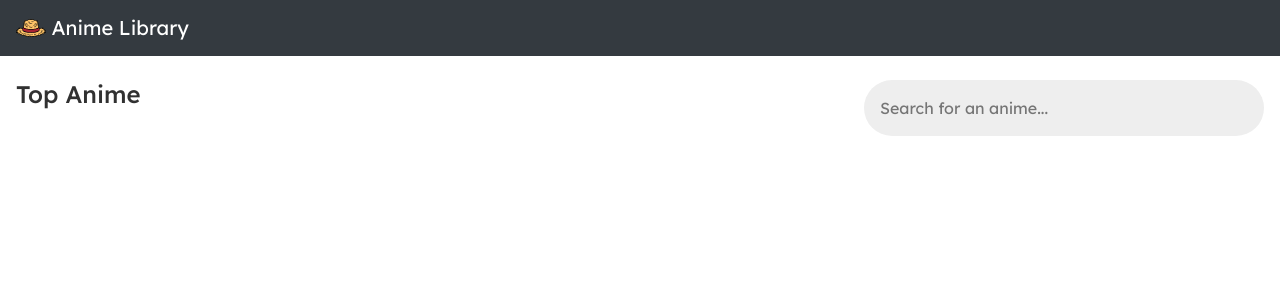
Repository: cuitlazotlac/anime-library
Page: /
These files come from the project's save history. The page is drawn as it stood at one moment and after the next save; the edit follows.
The browser window is 1280 px wide. The pictures show the whole page.
The page's requests for data from a server got no answer. The project was rebuilt for these pictures with package versions that can differ from the ones it lists, and the page was loaded fresh each time. No one was signed in, and anything a server would have sent is missing. Also part of the build but not shown: src/components/AnimeCard.js.

Above is the page before, as saved 2021-05-04 23:59:30.

### public/index.html
<!DOCTYPE html>
<html lang="en">
  <head>
    <meta charset="utf-8" />
    <link rel="icon" href="%PUBLIC_URL%/favicon.svg" />
    <meta name="viewport" content="width=device-width, initial-scale=1" />
    <meta name="theme-color" content="#000000" />
    <meta
      name="description"
      content="Web site created using create-react-app"
    />
    <link rel="apple-touch-icon" href="%PUBLIC_URL%/logo192.png" />
    <!--
      manifest.json provides metadata used when your web app is installed on a
      user's mobile device or desktop. See https://developers.google.com/web/fundamentals/web-app-manifest/
    -->
    <link rel="manifest" href="%PUBLIC_URL%/manifest.json" />
    <!--
      Notice the use of %PUBLIC_URL% in the tags above.
      It will be replaced with the URL of the `public` folder during the build.
      Only files inside the `public` folder can be referenced from the HTML.

      Unlike "/favicon.ico" or "favicon.ico", "%PUBLIC_URL%/favicon.ico" will
      work correctly both with client-side routing and a non-root public URL.
      Learn how to configure a non-root public URL by running `npm run build`.
    -->
    <title>Anime Library</title>
  </head>
  <body>
    <noscript>You need to enable JavaScript to run this app.</noscript>
    <div id="root"></div>
    <!--
      This HTML file is a template.
      If you open it directly in the browser, you will see an empty page.

      You can add webfonts, meta tags, or analytics to this file.
      The build step will place the bundled scripts into the <body> tag.

      To begin the development, run `npm start` or `yarn start`.
      To create a production bundle, use `npm run build` or `yarn build`.
    -->
  </body>
</html>

### src/index.js
import React from 'react';
import ReactDOM from 'react-dom';
import './index.scss';
import App from './App';
import 'bootstrap/dist/css/bootstrap.min.css';


ReactDOM.render(
  <React.StrictMode>
    <App />
  </React.StrictMode>,
  document.getElementById('root')
);

### src/index.scss
@import "~bootstrap/scss/bootstrap";
@import url('https://fonts.googleapis.com/css2?family=Lexend:wght@100;300;400;500;600;700;800&display=swap');


@import "./assets/styles/base/main";

@import "./assets/styles/components/animeCard";
@import "./assets/styles/components/header";

* {
	margin: 0;
	padding: 0;
	box-sizing: border-box;

	font-family: 'Lexend', sans-serif;
}

### src/App.js
import { useState, useEffect, useLayoutEffect } from 'react';
import Header from './components/Header'
import Sidebar from './components/Sidebar'
import MainContent from './components/MainContent'


function App() {
  const [animeList, SetAnimeList] = useState([]);
  const [topAnime, SetTopAnime ] = useState([]);
  const [search, SetSearch ] = useState("");

  const GetTopAnime = async () => {
    const temp = await fetch(`https://api.jikan.moe/v3/top/anime/1/bypopularity`)
			.then(res => res.json());

      // only get the top 5 anime
      SetTopAnime(temp.top.slice(0, 5));
  }

  const HandleSearch = e => {
    e.preventDefault();

    FetchAnime(search);
  }

  const FetchAnime = async (query) => {
    const temp = await fetch(`https://api.jikan.moe/v3/search/anime?q=${query}&order_by=title&sort=asc&limit=10`)
    .then(res => res.json());

    SetAnimeList(temp.results);
  }

    useEffect(() => {
      GetTopAnime();
    }, [])

  return (
    <div className="App">
       <Header />
      <br/>
       <div className="content-wrap">
         <Sidebar topAnime={topAnime}/>
         <MainContent
          HandleSearch={HandleSearch}
          search={search}
          animeList={animeList}
          SetSearch={SetSearch}
        />
       </div>

    </div>
  );
}

export default App;

### src/assets/styles/base/_main.scss
.content-wrap {
	display: flex;

	aside {
		flex: 1 1 250px;
		max-width: 250px;
		padding-right: 16px;

		nav {
			padding-left: 16px;
			padding-right: 16px;

			h3 {
				color: #313131;
				font-size: 24px;
				margin-bottom: 16px;
			}

			a {
				display: block;
				padding: 8px 16px;
				text-align: left;

				color: #888;
				font-size: 16px;
				margin-bottom: 16px;

				background-color: #EEE;
				border-radius: 999px;
				text-decoration: none;

				transition: 0.4s;

				&:hover {
					background-color: #313131;
					color: #AAA;
				}
			}
		}
	}

	main {
		flex: 1 1 0%;
		padding: 0px 16px;

		.main-head {
			display: flex;
			justify-content: flex-end;

			.search-box {
				display: flex;
				justify-content: flex-end;
				flex: 1 1 0%;

				input {
					appearance: none;
					background: none;
					outline: none;
					border: none;

					display: block;
					width: 100%;
					max-width: 400px;
					padding: 16px;
					border-radius: 999px;
					background-color: #EEE;

					transition: 0.4s;

					::placeholder {
						color: #888;
					}

					&:focus, &:valid {
						background-color: #313131;
						color: #FFF;
					}
				}
			}
		}
	}
}

### src/assets/styles/components/_animeCard.scss
.anime-list {
    display: flex;
    flex-wrap: wrap;
    margin-top: 32px;
    margin: 32px -8px 0px;

    .anime-card {
        flex: 1 1 33.333%;
        max-width: 33.333%;
        padding: 16px 8px;

        a {
            text-decoration: none;
        }

        figure {
            display: block;
            margin-bottom: 16px;

            img {
                display: block;
                width: 100%;
                height: 350px;
                object-fit: cover;
                border-radius: 16px;
                box-shadow: 0px 0px 0px rgba(0, 0, 0, 0.15);

                transition: 0.4s;
            }
        }

        h3 {
            color: #313131;
        }

        &:hover {
            figure {
                img {
                    box-shadow: 0px 6px 12px rgba(0, 0, 0, 0.25);
                    transform: scale(1.05);
                }
            }
        }
    }
}

### src/assets/styles/components/_header.scss
header {
	padding-top: 50px;
	padding-bottom: 50px;

	h1 {
		color: #AAA;
		font-size: 36px;
		font-weight: 400;
		text-align: center;

		strong {
			color: #313131;
		}
	}
}

### src/components/Header.js
import Navbar from "react-bootstrap/Navbar";
import logo from "../assets/images/logo.svg";

function Header() {
  return (
    <>
      <Navbar bg="dark" variant="dark">
        <Navbar.Brand href="#home">
          <img
            alt=""
            src={logo}
            width="30"
            height="30"
            className="d-inline-block align-top"
          />{" "}
          Anime Library
        </Navbar.Brand>
      </Navbar>
    </>
  );
}

export default Header;

### src/components/Sidebar.js
import React from "react";

function Sidebar({ topAnime }) {
  return (
    <aside>
      <nav>
        <h3>Top Anime</h3>
        {topAnime.map((anime) => (
          <a
            href={anime.url}
            target="_blank"
            key={anime.mal_id}
            rel="noreferrer">
            { anime.title }
          </a>
        ))}
      </nav>
    </aside>
  );
}

export default Sidebar;

### src/components/MainContent.js
import React from 'react'
import AnimeCard from './AnimeCard'


export default function MainContent(props) {
    return (
        <main>
            <div className="main-head">
                <form
                    className="search-box"
                    onSubmit={props.HandleSearch}>
                    <input
                        type="search"
                        placeholder="Search for an anime..."
                        required
                        value={props.search}
                        onChange={e => props.SetSearch(e.target.value)}
                    />
                </form>
            </div>
            <div className="anime-list">
                {props.animeList.map(anime => (
                        <AnimeCard
                            anime={anime}
                            key={anime.mal_id}
                        />

                ))}
            </div>
        </main>
    )
}

After the next save:
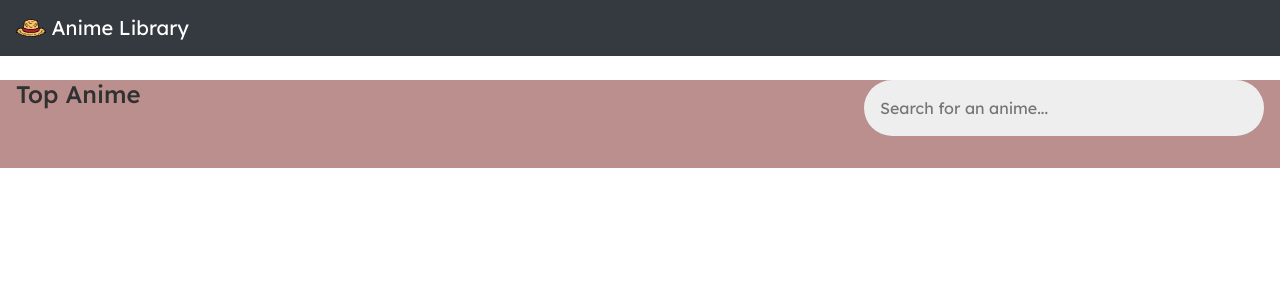
Saved 8 min 43 s later.
--- a/src/assets/styles/base/_main.scss
+++ b/src/assets/styles/base/_main.scss
@@ -1,5 +1,6 @@
 .content-wrap {
 	display: flex;
+    background-color: rosybrown;
 
 	aside {
 		flex: 1 1 250px;

After the save that followed:
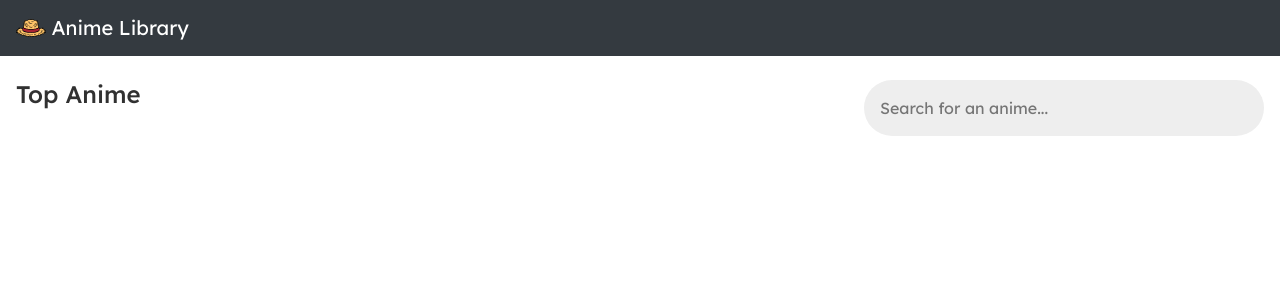
Saved 5 s later.
--- a/src/assets/styles/base/_main.scss
+++ b/src/assets/styles/base/_main.scss
@@ -1,6 +1,5 @@
 .content-wrap {
 	display: flex;
-    background-color: rosybrown;
 
 	aside {
 		flex: 1 1 250px;
